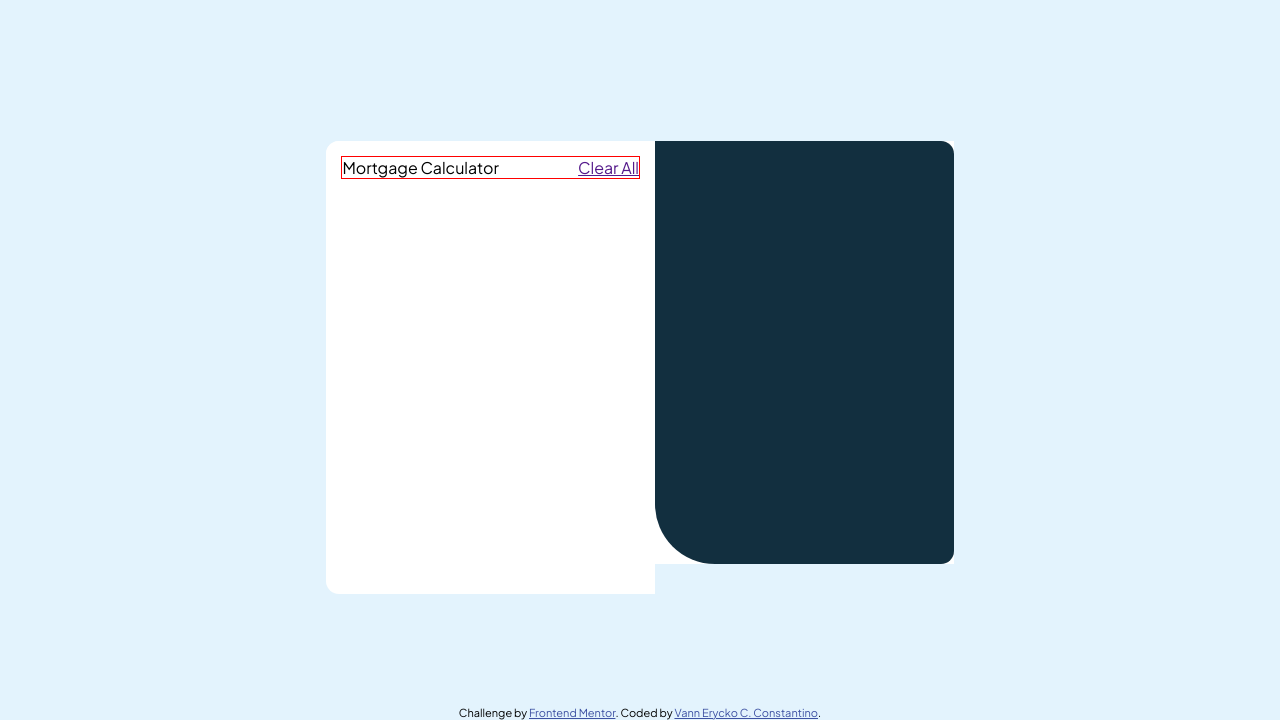
Repository: kocokoy/mortgage-repayment-calculator
Page: index.html
These files come from the project's save history. The page is drawn as it stood at one moment and after a run of saves; the edit follows.
The browser window is 1280 px wide. The pictures show the whole page.

Above is the page before, as saved 2024-10-29 10:11:11.

After the next 3 saves:
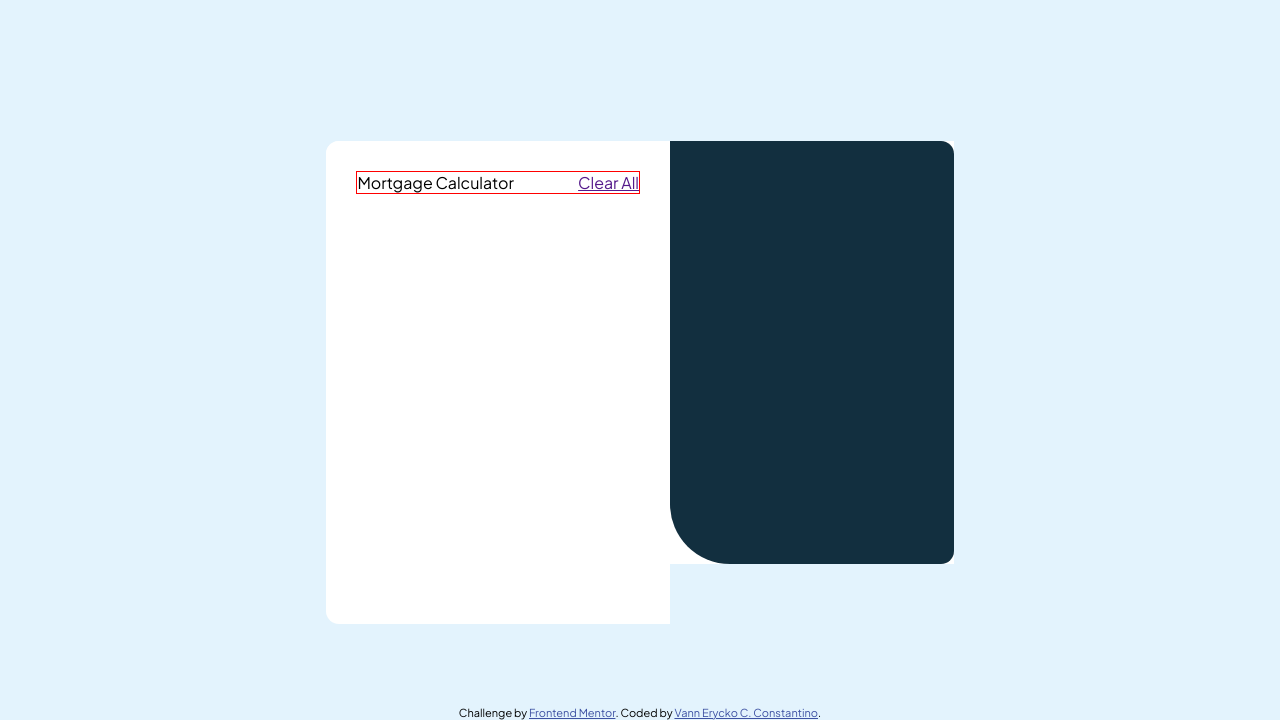
The 3 saves are shown as one change because they came seconds apart.
The last was saved 26 s later.
--- a/styles/style.css
+++ b/styles/style.css
@@ -51,7 +51,7 @@ width: 50%;
 background-color: var(--white);
 border-bottom-left-radius: 13px;
 border-top-left-radius: 13px;
-padding: 15px;
+padding: 30px;
 
 }
 .result-side{
